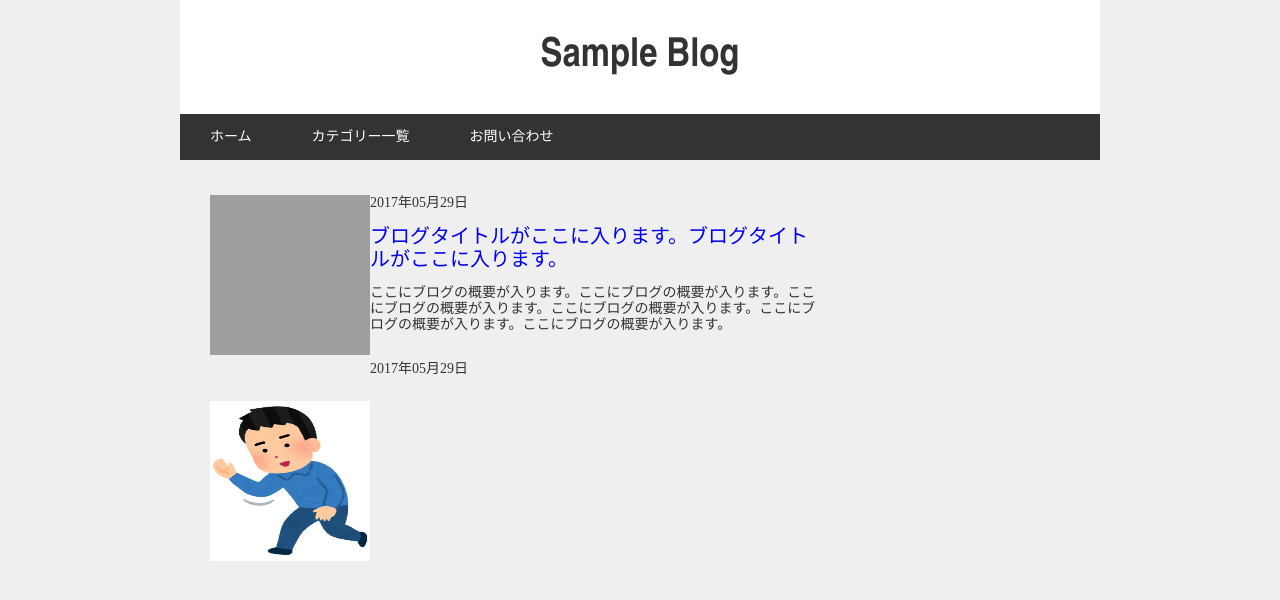
Repository: KogawaLink/-html
Page: html/ouyou/index.html
The author's editor kept a record of every edit. The page is drawn from the files as they stood at one moment, then again after the next edit.
The browser window is 1280 px wide. The pictures show the whole page.
Pictures or frames that could not be fetched are drawn as grey boxes.

Above is the page before.

After the next edit:
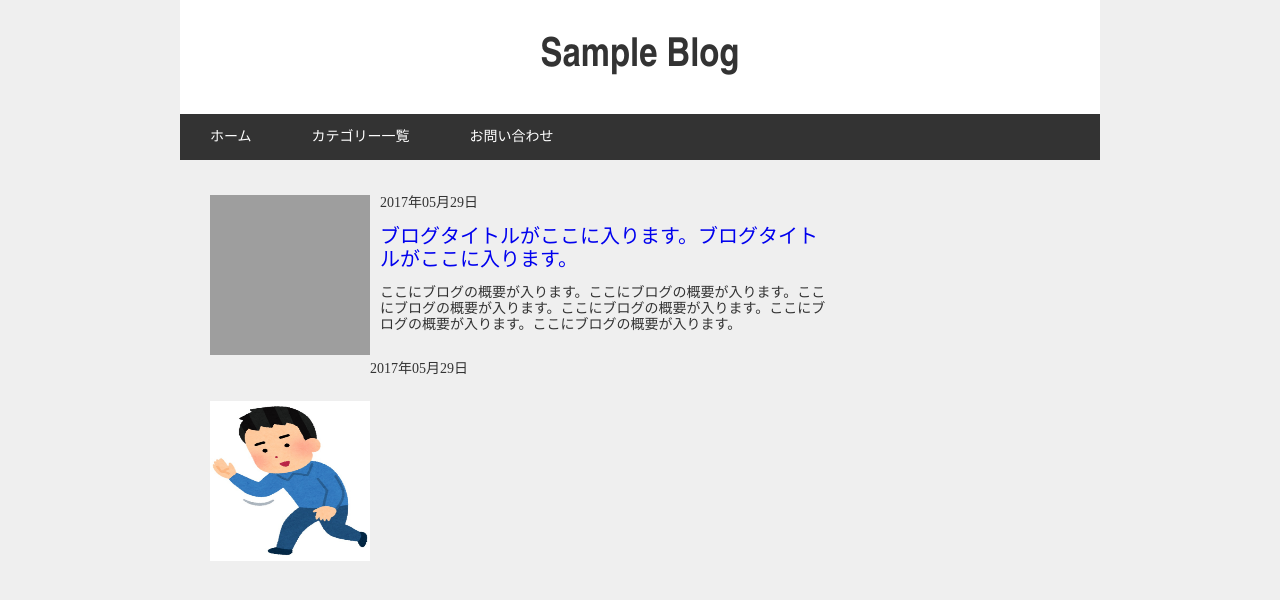
The edit:
--- a/html/ouyou/index.html
+++ b/html/ouyou/index.html
@@ -23,7 +23,7 @@
       <div class="left-contents">
         <div class="blog">
           <img src="irasutoya1.jpg" class="blogphoto1" alt="１枚目">
-          <div class="hiduke">2017年05月29日
+          <div class="hiduke1">2017年05月29日
             <p><a href="#" class="details">ブログタイトルがここに入ります。ブログタイトルがここに入ります。</a></p>
             <p class="overview">ここにブログの概要が入ります。ここにブログの概要が入ります。ここにブログの概要が入ります。ここにブログの概要が入ります。ここにブログの概要が入ります。ここにブログの概要が入ります。</p>
           </div>
